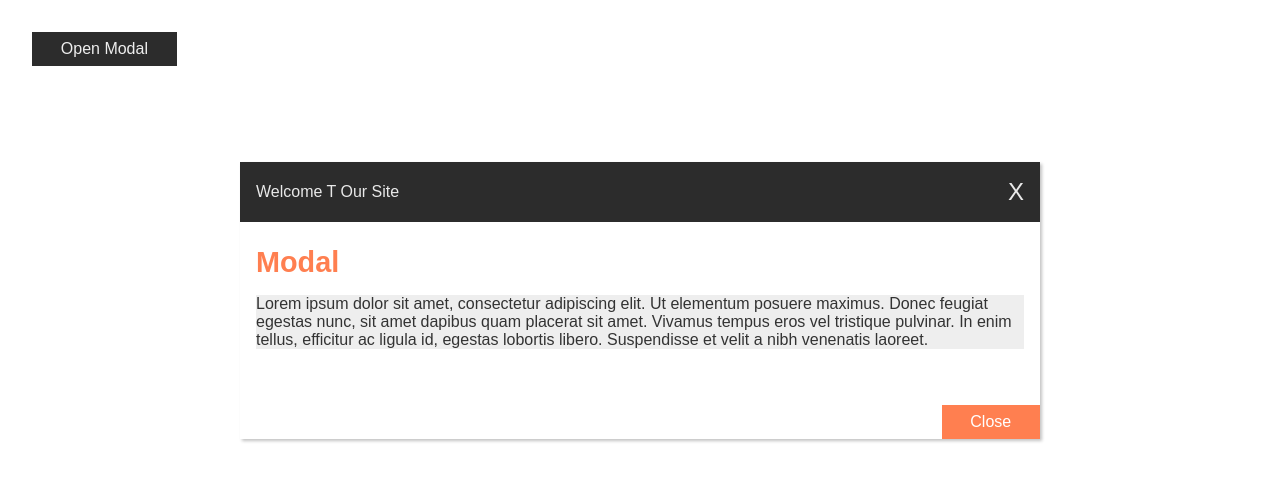
Repository: KrzysKolo/sr_tydzien5_zad1
Page: /
An editor plug-in stored every save of this project. The page is shown before and after the next save, followed by the edit.
The browser window is 1280 px wide. The pictures show the whole page.
The project was rebuilt for these pictures with package versions that can differ from the ones it lists, and the page was loaded fresh each time.

Above is the page before, as saved 2020-12-18 14:08:32.

After the next save:
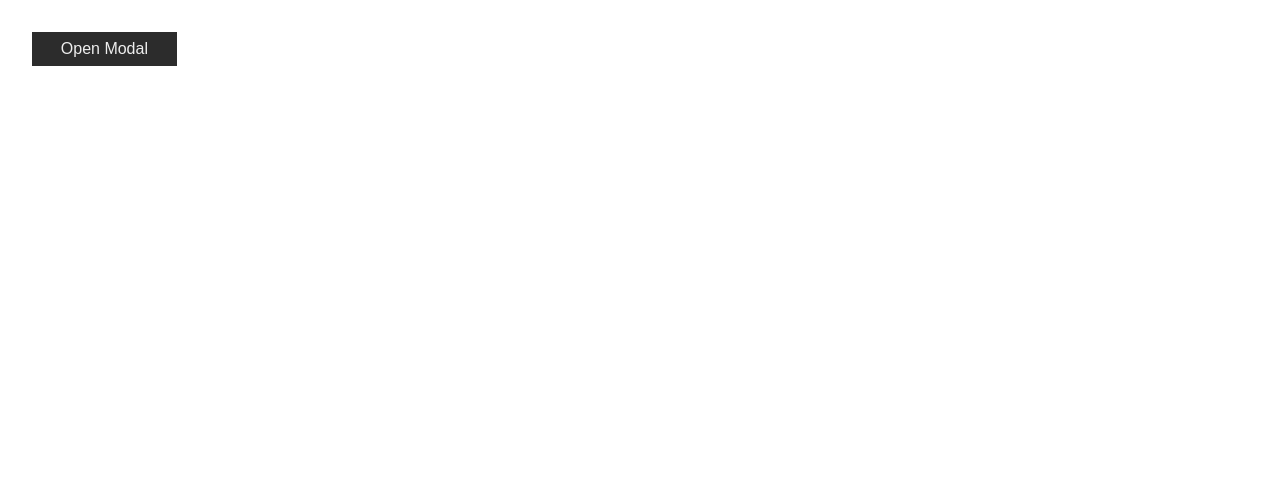
Saved 116 s later.
--- a/src/components/modal/Modal.js
+++ b/src/components/modal/Modal.js
@@ -4,7 +4,11 @@ import './Modal.css';
 
 const Modal = ({ show, closeModalHandler}) => {
     return (
-        <main className="modal-wrapper">
+        <main className="modal-wrapper"
+            style={{
+                opacity: show ? '1' : '0',
+            }}
+        >
             <ModalHeader closeModalHandler={closeModalHandler} />
             <ModalSection />
             <ModalFooter closeModalHandler={closeModalHandler} />
